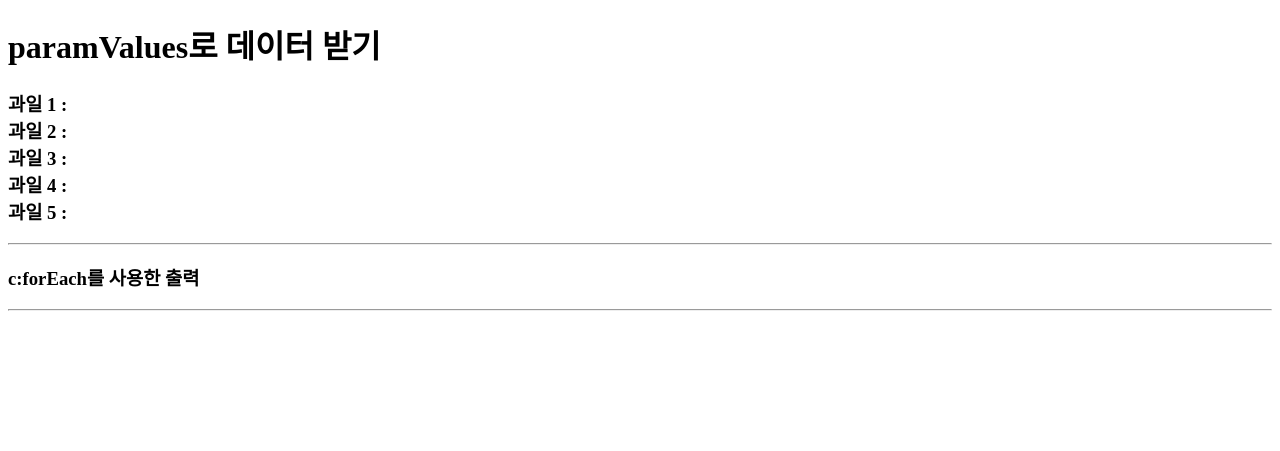
Repository: havanara/240411_JSTL_Project
Page: http://localhost/jstl_study/step-5.jsp
The author's editor kept a copy of each file at every save. The page is drawn from the files as they stood at one save, then again after the next save.
The browser window is 1280 px wide. The pictures show the whole page.
The page is served by Tomcat 9.

Above is the page before, as saved 2024-04-11 04:01:59.

After the next save:
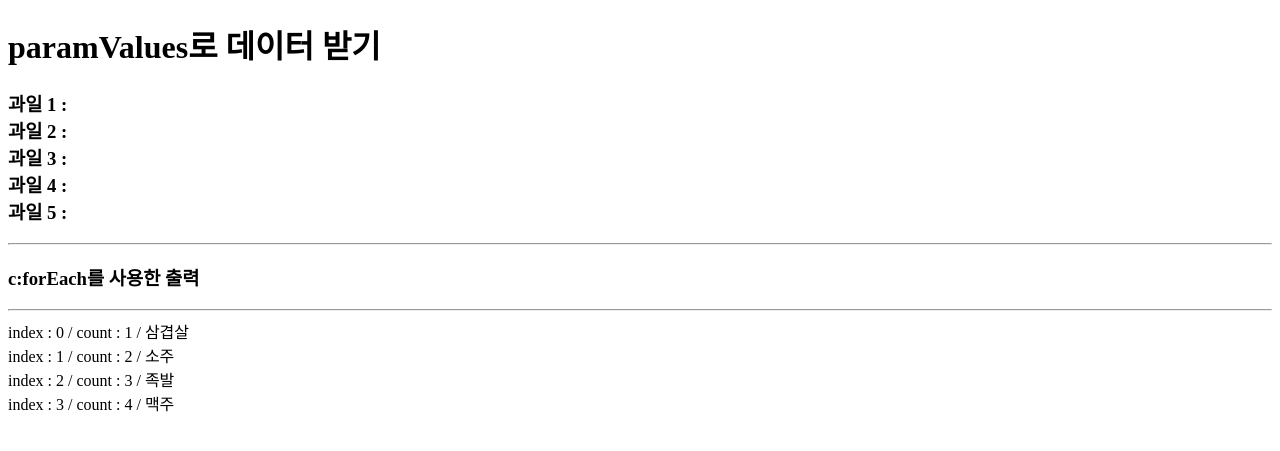
Saved 113 s later.
--- a/jstl_study/src/main/webapp/step-5.jsp
+++ b/jstl_study/src/main/webapp/step-5.jsp
@@ -35,5 +35,9 @@
 		request.setAttribute("fr", friends);
 	%>
 
+	<c:forEach items="${requestScope.fr }" var="fname" varStatus="i">
+		index : ${i.index } / count : ${i.count } / ${fname } <br>
+	</c:forEach>
+
 </body>
 </html>
